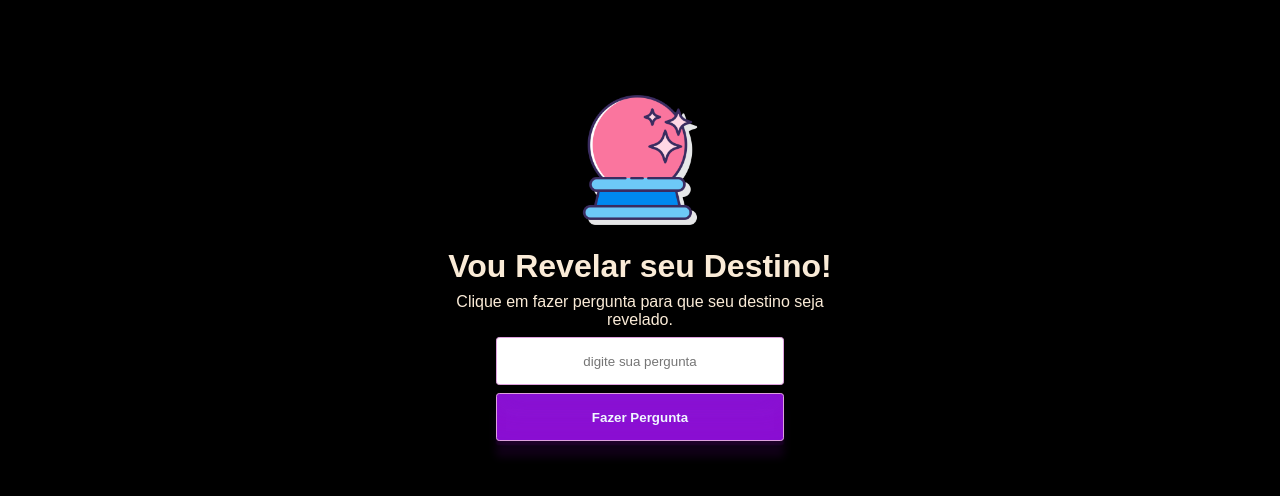
Repository: guilhermecardoso93/nlwexplorer
Page: index.html
The author's editor kept a copy of each file at every save. The page is drawn from the files as they stood at one save, then again after the next save.
The browser window is 1280 px wide. The pictures show the whole page.
The pointer rests on the first visible `button`.

Above is the page before, as saved 2022-06-08 23:51:19.

### index.html
<!DOCTYPE html>
<html lang="pt-br">
  <head>
    <meta charset="UTF-8" />
    <meta http-equiv="X-UA-Compatible" content="IE=edge" />
    <meta name="viewport" content="width=device-width, initial-scale=1.0" />
    <link rel="stylesheet" href="./styles.css" />
    <title>NLW Explorer</title>
  </head>
  <body>
    <div class="principal">
      <img
        src="./cristalball.png"
        alt="Imagem de uma bola de cristal"
        id="cristalBallImg"
      />
      <h1>Vou Revelar seu Destino!</h1>
      <p>Clique em fazer pergunta para que seu destino seja revelado.</p>
      <input type="text" placeholder="digite sua pergunta" />
      <button>Fazer Pergunta</button>
    </div>
  </body>
  <script src="./script.js"></script>
</html>

### styles.css
* {
  margin: 0;
  padding: 0;
  box-sizing: border-box;
}
body {
  margin: auto;
  background-color: black;
  color: antiquewhite;
  text-align: center;
  font-family: sans-serif;
}

#cristalBallImg {
  width: 10rem;
}

.principal {
  display: flex;
  flex-direction: column;
  margin: auto;
  margin-top: 5rem;
  max-width: 400px;
  width: 80%;
  align-items: center;
  gap: 0.5rem;
}

.principal input {
  width: 18rem;
  height: 3rem;
  text-align: center;

  border: 1px solid plum;
  border-radius: 0.2rem;
}

.principal input:hover {
  border: 2px double pink;
}

button {
  width: 18rem;
  height: 3rem;
  text-align: center;
  font-weight: 600;
  color: aliceblue;
  background-color: rgb(137, 22, 214);
  border: 1px solid plum;
  border-radius: 0.2rem;
  box-shadow: rgba(150, 9, 206, 0.12) 0px 54px 55px,
    rgba(150, 9, 206, 0.12) 0px -12px 30px, rgba(150, 9, 206, 0.12) 0px 4px 6px,
    rgba(150, 9, 206, 0.12) 0px 12px 13px, rgba(150, 9, 206, 0.12) 0px -3px 5px;
}

button:hover {
  box-shadow: rgba(150, 9, 206, 0.12) 0px -23px 25px 0px inset,
    rgba(150, 9, 206, 0.12) 0px -36px 30px 0px inset,
    rgba(150, 9, 206, 0.12) 0px -79px 40px 0px inset, rgba(0, 0, 0, 0.06) 0px 2px 1px,
    rgba(150, 9, 206, 0.12) 0px 4px 2px, rgba(0, 0, 0, 0.09) 0px 8px 4px,
    rgba(150, 9, 206, 0.12) 0px 16px 8px, rgba(0, 0, 0, 0.09) 0px 32px 16px;
}

Loaded but not shown: script.js (no stored copy; drawn as an empty file)

After the next save:
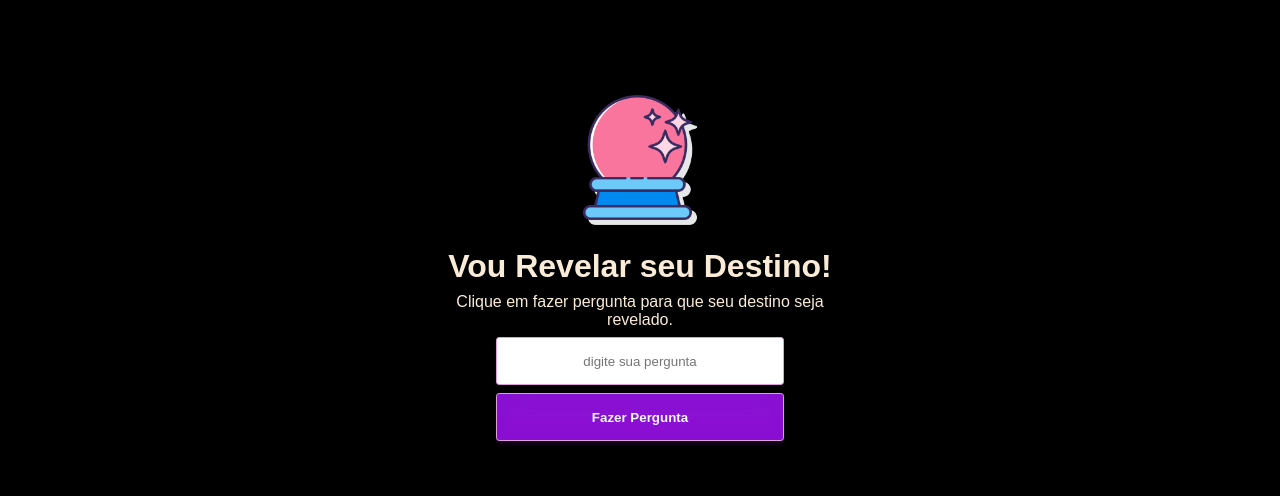
Saved 6 s later.
--- a/styles.css
+++ b/styles.css
@@ -58,5 +58,5 @@ button:hover {
     rgba(150, 9, 206, 0.12) 0px -36px 30px 0px inset,
     rgba(150, 9, 206, 0.12) 0px -79px 40px 0px inset, rgba(0, 0, 0, 0.06) 0px 2px 1px,
     rgba(150, 9, 206, 0.12) 0px 4px 2px, rgba(0, 0, 0, 0.09) 0px 8px 4px,
-    rgba(150, 9, 206, 0.12) 0px 16px 8px, rgba(0, 0, 0, 0.09) 0px 32px 16px;
+    rgba(0, 0, 0, 0.09) 0px 16px 8px, rgba(0, 0, 0, 0.09) 0px 32px 16px;
 }
